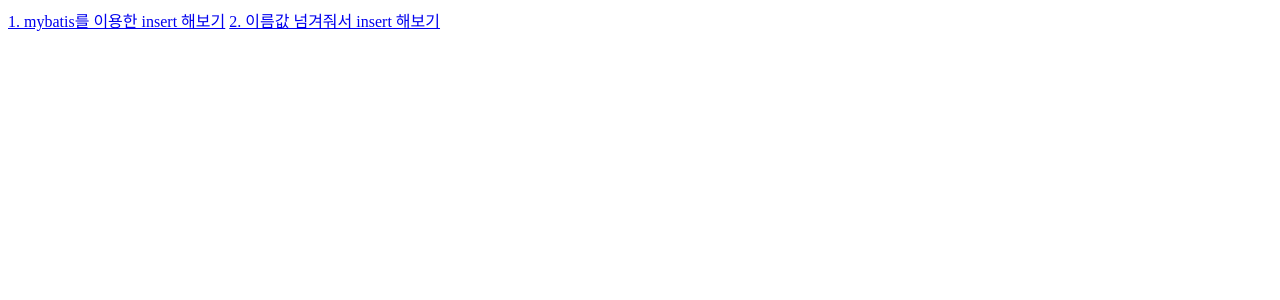
Repository: skosko00/seongmin
Page: webworkspace3/mybatis_01/WebContent/index.html
An editor plug-in stored every save of this project. The page is shown before and after the next save, followed by the edit.
The browser window is 1280 px wide. The pictures show the whole page.

Above is the page before, as saved 2018-06-26 07:35:53.

### webworkspace3/mybatis_01/WebContent/index.html
<!DOCTYPE html>
<html>
<head>
<meta charset="UTF-8">
<title>Insert title here</title>
</head>
<body>
<a href="/mybatisTest1">1. mybatis를 이용한 insert 해보기</a>
<a href="/mybatisTest2">2. 이름값 넘겨줘서 insert 해보기</a>
</body>
</html>

After the next save:
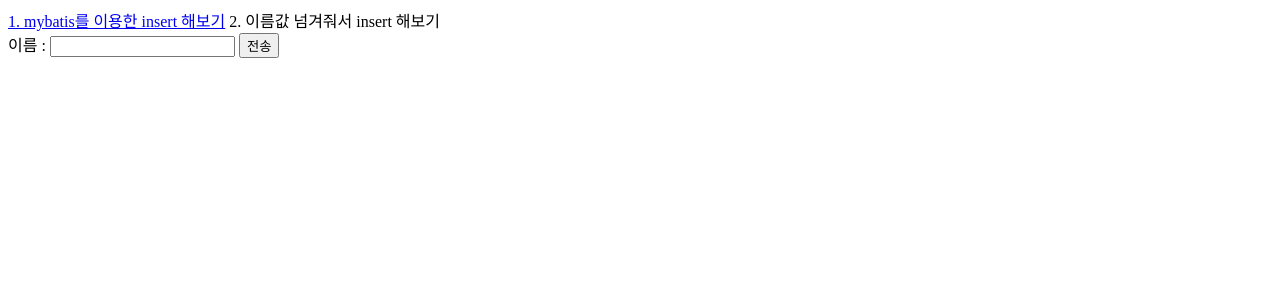
Saved 108 s later.
--- a/webworkspace3/mybatis_01/WebContent/index.html
+++ b/webworkspace3/mybatis_01/WebContent/index.html
@@ -6,6 +6,10 @@
 </head>
 <body>
 <a href="/mybatisTest1">1. mybatis를 이용한 insert 해보기</a>
-<a href="/mybatisTest2">2. 이름값 넘겨줘서 insert 해보기</a>
+2. 이름값 넘겨줘서 insert 해보기
+<form action="/mybatisTest2">
+이름 : <input type="text" name="studentName"/>
+<input type="submit" value="전송"/>
+</form>
 </body>
 </html>
